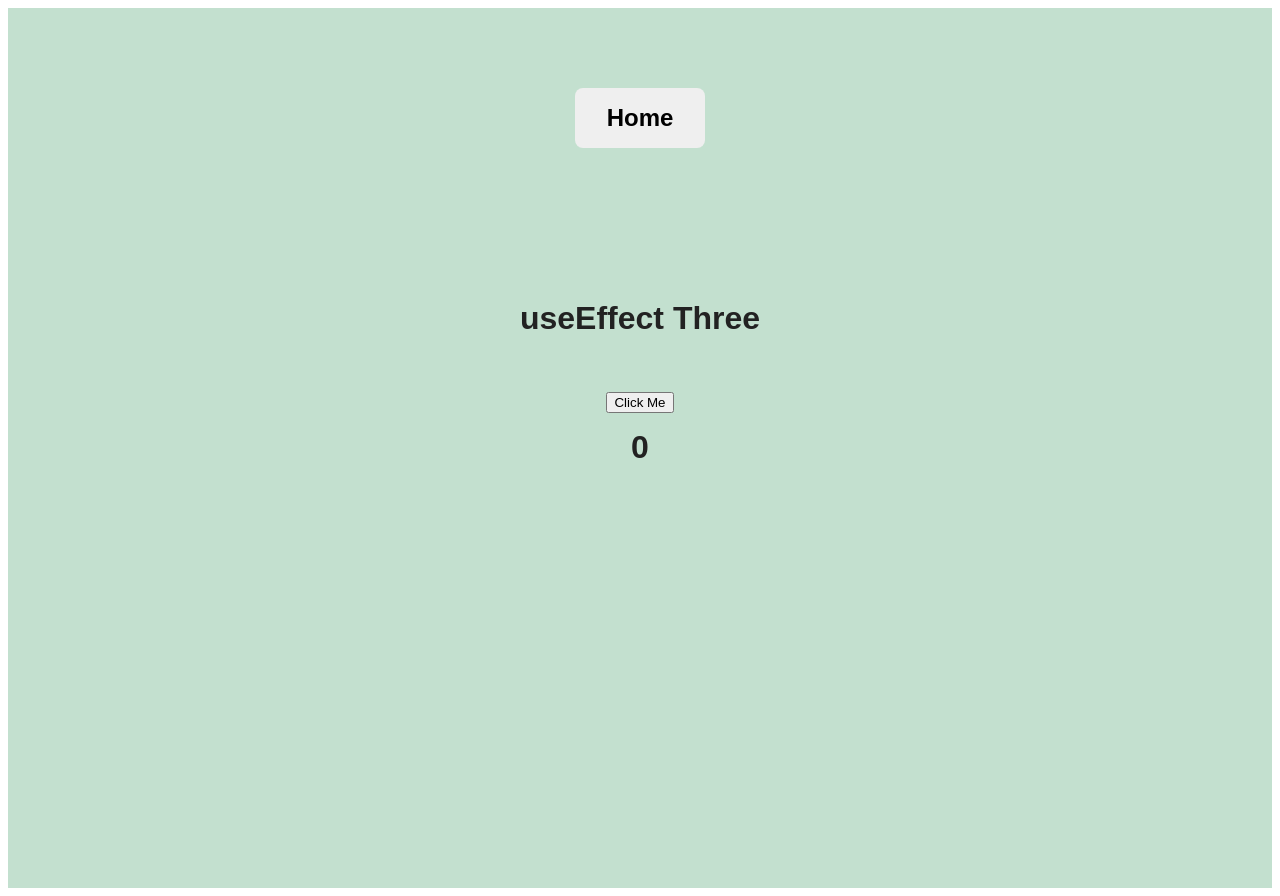
Repository: giovanabirck/class8
Page: /useEffectThree
These files come from the project's save history. The page is drawn as it stood at one moment and after a run of saves; the edit follows.
The browser window is 1280 px wide. The pictures show the whole page.
The project was rebuilt for these pictures with package versions that can differ from the ones it lists, and the page was loaded fresh each time. The framework's server and built-in components were replaced by stand-ins that run in the browser. Also part of the build but not shown: next.config.js.

Above is the page before, as saved 2023-02-23 18:14:45.

### pages/useEffectThree.js
import Link from "next/link"
import { useEffect, useState } from "react";
import styles from '@/styles/UseEffectThree.module.css'


export default function useEffectThree() {

    const [number, setNumber] = useState(0);

    const [value, setValue] = useState(-10);

    useEffect(() => {
        setValue(value + 10)
    }, [number])

    return(
        <>
            <main className={styles.main}>

                <div className={styles.top_back}>
                    <Link href="/">
                        <button className={styles.btn}>Home</button>
                    </Link>
                </div>

                <div className={styles.content}>

                    <div className={styles.content_title}>
                        useEffect Three
                    </div>

                    <div className={styles.btn}>
                        <button onClick={() => setNumber(number + 1)}>Click Me</button>
                    </div>

                    <div>
                        {value}
                    </div>

                </div>


            </main>
        </>
    )
}

### styles/globals.css
:root {
  --blue: #95CDF9;
  --green: #C3E0CF;
  --orange: #EF8B66;
  --white: #f4f9fd;
  --black: #222222;
  }

### styles/UseEffectThree.module.css
.main {
    display: flex;
    flex-direction: column;
    align-items: center;
    padding: 5rem;
    height: 100vh;
    font-family: Arial, Helvetica, sans-serif;
    color: var(--black);
    background-color: var(--green);
  }

  .btn {
    font-weight: 900;
    font-size: 1.5rem;
    padding: 1rem 2rem;
    border-radius: 0.5rem;
    border-style: none;
    cursor: pointer;
  }

  .top_back {
    height: 25vh;
  }

  .content {
    display: flex;
    flex-direction: column;
    align-items: center;
    font-size: 2rem;
    font-weight: 800;
  }

  .content_title {
    padding: 2rem;
  }

Loaded but not shown: pages/_app.js (common file); pages/_document.js (common file)

After the next 2 saves:
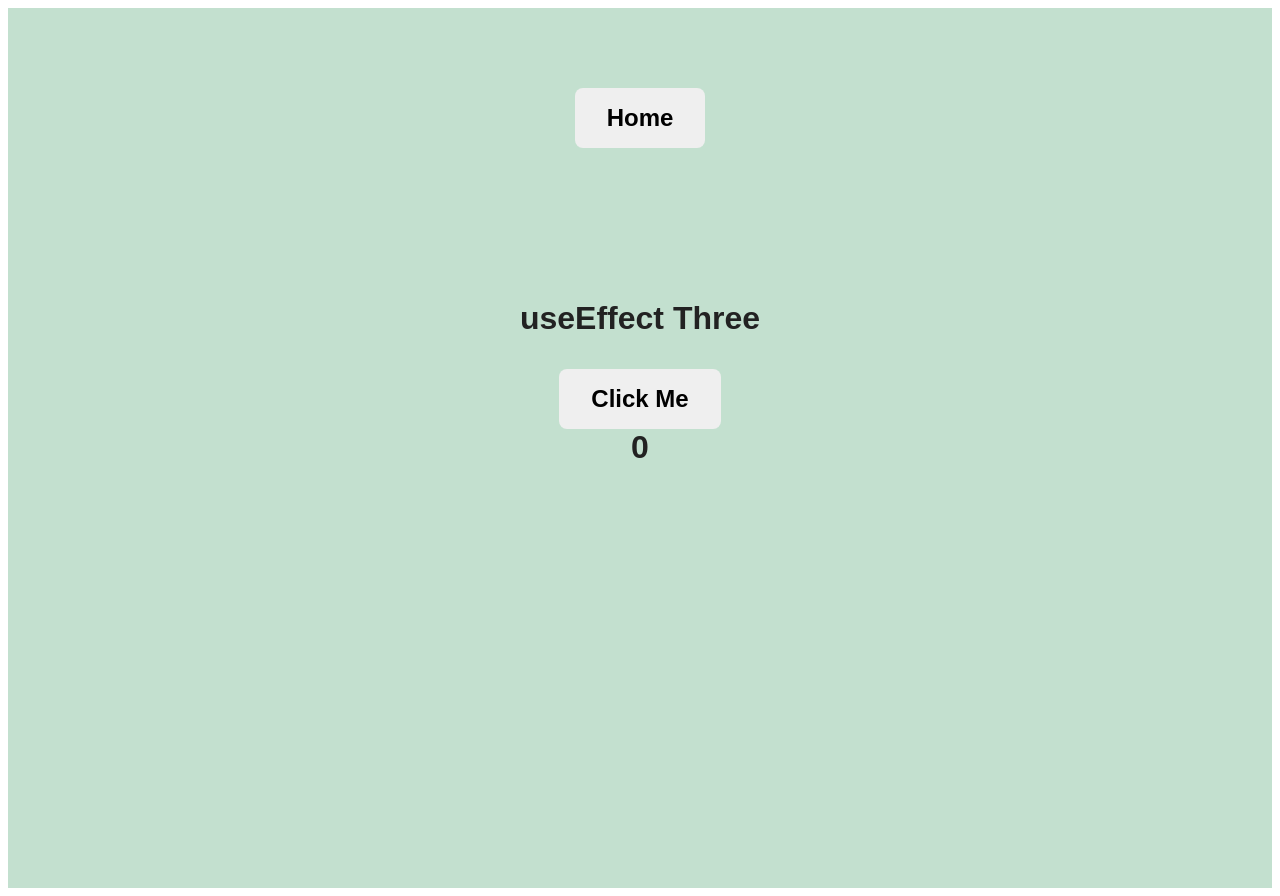
The 2 saves are shown as one change because they came seconds apart.
The last was saved 13 s later.
--- a/pages/useEffectThree.js
+++ b/pages/useEffectThree.js
@@ -29,8 +29,8 @@ export default function useEffectThree() {
                         useEffect Three
                     </div>
 
-                    <div className={styles.btn}>
-                        <button onClick={() => setNumber(number + 1)}>Click Me</button>
+                    <div>
+                        <button className={styles.btn} onClick={() => setNumber(number + 1)}>Click Me</button>
                     </div>
 
                     <div>
